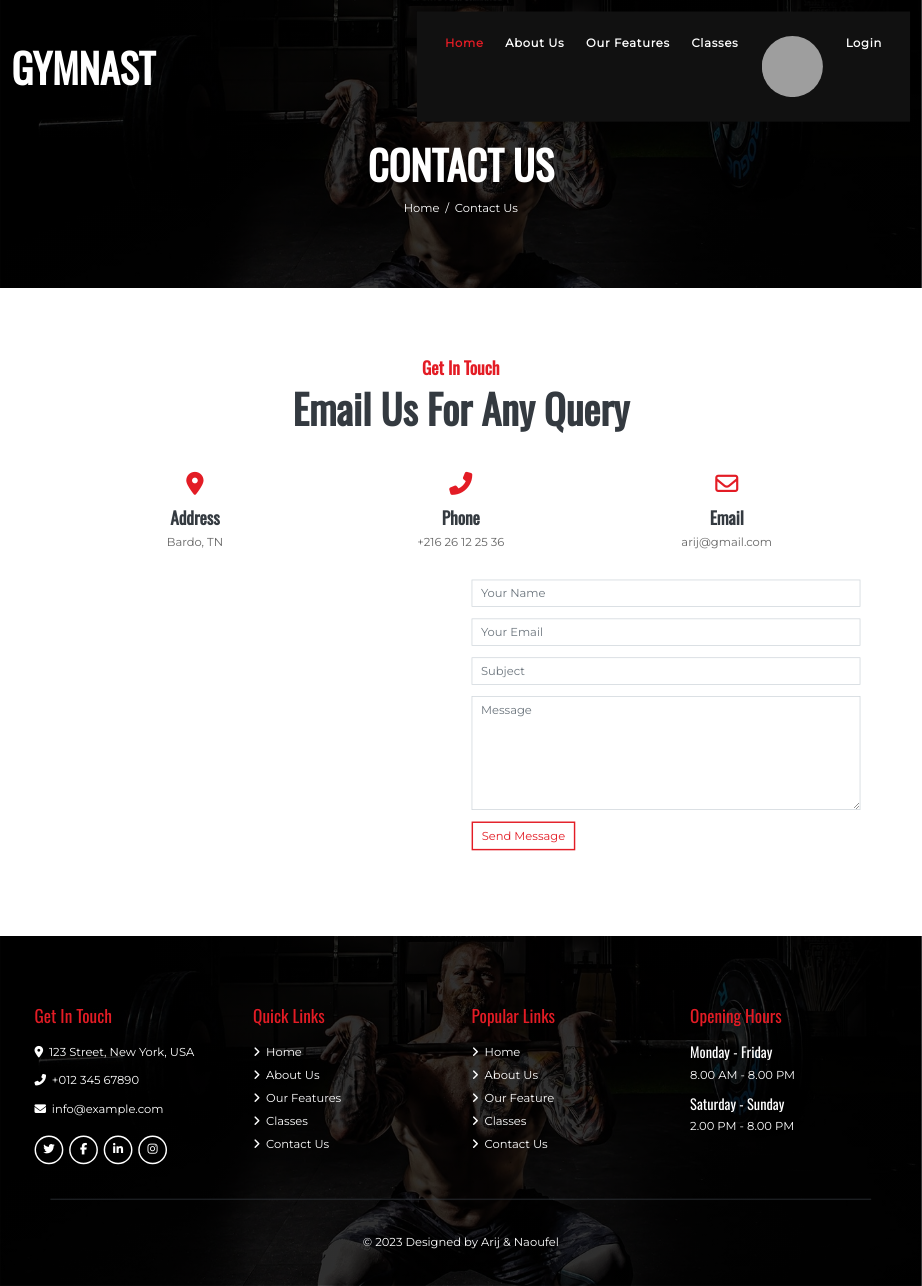
Repository: Arouja/frontgym
Page: /contact
These files come from the project's save history. The page is drawn as it stood at one moment and after the next save; the edit follows.
The browser window is 1280 px wide. The pictures show the whole page, at 72% of full size.
Pictures or frames that could not be fetched are drawn as grey boxes. Some web libraries are served in a nearby version. The project was rebuilt for these pictures with package versions that can differ from the ones it lists, and the page was loaded fresh each time. Also part of the build but not shown: src/App.css, src/Components/about/About.jsx, src/Components/classes/Classes.jsx, src/Components/home/Home.jsx, src/Components/feature/Feature.jsx, src/actions/authActions.js, src/Components/login/Login.jsx, src/Components/profile/profile.jsx and 4 more.

Above is the page before, as saved 2023-09-29 16:23:28.

After the next save:
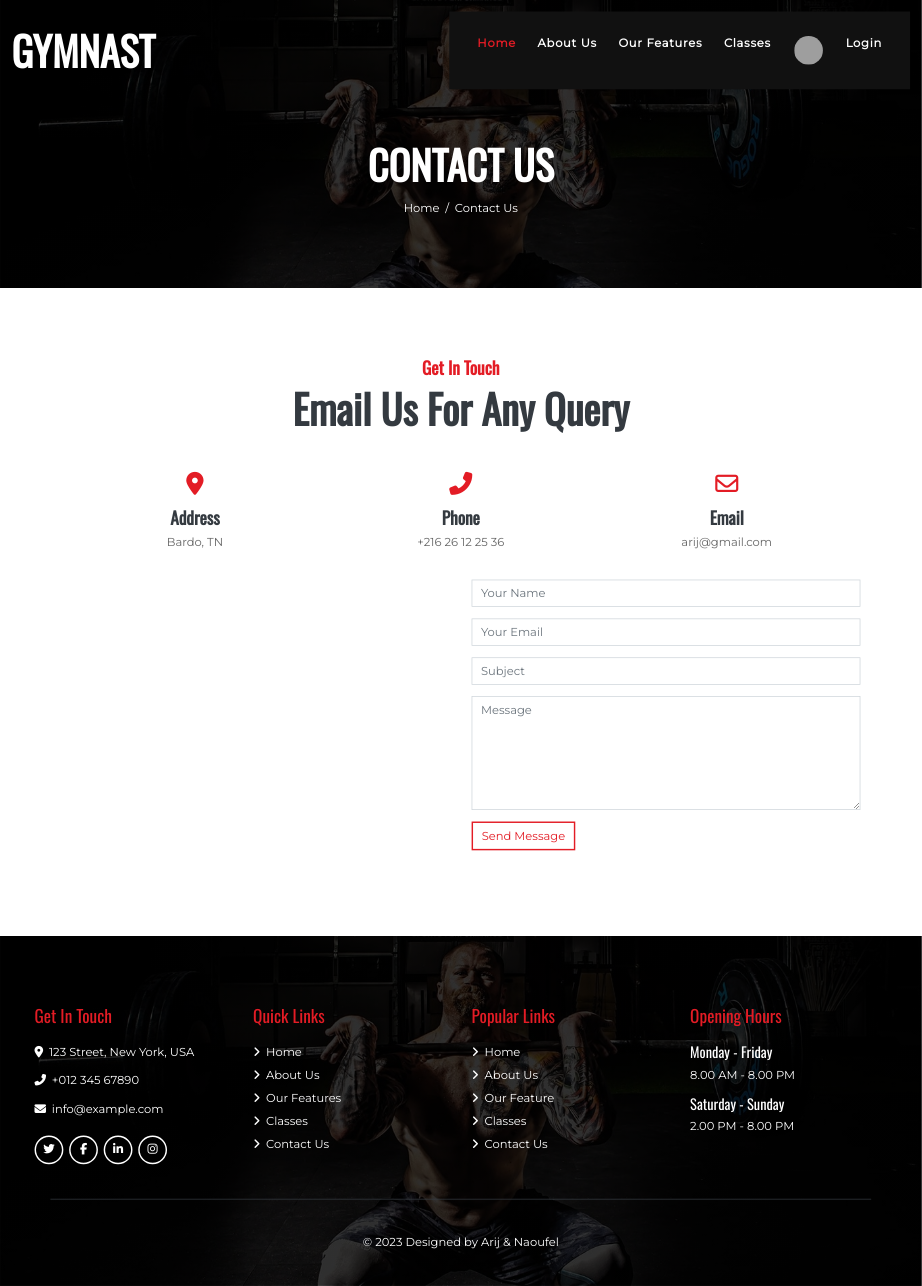
Saved 31 s later.
--- a/src/Components/navbar/Navbar.jsx
+++ b/src/Components/navbar/Navbar.jsx
@@ -55,6 +55,7 @@ const Navbar = () => {
             src="https://i.pravatar.cc/85"
             alt="Profile"
             className="rounded-circle" // Add rounded class
+            style={{ width: '40px', height: '40px', margin : "relative" }} // Define custom width and height
          />
                 </button>
                 {isDropdownOpen && (
